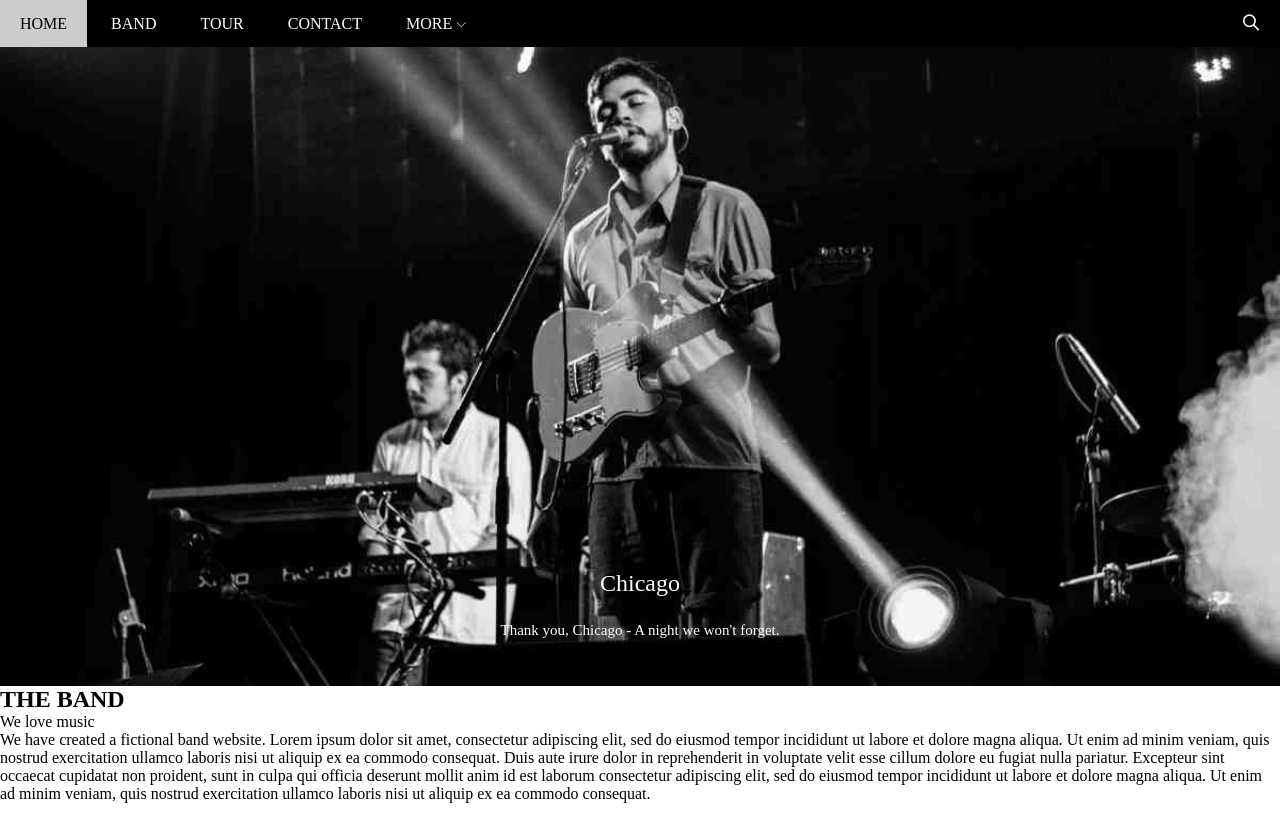
Repository: Dino0411/Dino0411.github.io
Page: index.html
The author's editor kept a copy of each file at every save. The page is drawn from the files as they stood at one save, then again after the next save.
The browser window is 1280 px wide. The pictures show the whole page.

Above is the page before, as saved 2021-10-04 11:38:11.

### index.html
<!DOCTYPE html>
<html lang="en">
<head>
    <meta charset="UTF-8">
    <meta http-equiv="X-UA-Compatible" content="IE=edge">
    <meta name="viewport" content="width=device-width, initial-scale=1.0">
    <link rel="stylesheet" href="./assets/css/style.css">
    <link rel="stylesheet" href="./assets/fonts/themify-icons/themify-icons.css">
    <title>Document</title>
</head>
<body>
    <div id="main">
        <!-- TODO:header -->
        <div id="header">
            <!-- TODO:begin nav -->
            <ul id="nav">
                <li><a href="">Home</a></li>
                <li><a href="">Band</a></li>
                <li><a href="">Tour</a></li>
                <li><a href="">Contact</a></li>
                <li>
                    <a href="">
                        More
                        <i class="nav-arrow-down ti-angle-down"></i>
                    </a>
                    <ul class="subnav">
                        <li><a href="">Merchandise</a></li>
                        <li><a href="">Extras</a></li>
                        <li><a href="">Media</a></li>
                    </ul>
                </li>
            </ul>
            <!-- TODO:end nav -->

            <!-- TODO:begin search -->
            <div class="search-bth">
                <i class="search-icon  ti-search"></i>
            </div>
            <!-- TODO:end search -->
        </div>
        <!-- TODO:slider -->
        <div id="slider">
            <div class="text-content">
                <h2 class="text-heading">Chicago</h2>
                <div class="text-description">Thank you, Chicago - A night we won't forget.</div>
            </div>
        </div>
        <!-- TODO:content -->
        <div id="content">
            <div class="content-session">
                <h2 class="session-heading">THE BAND</h2>
                <p class="session-sub-heading">We love music</p>
                <p class="about-text">We have created a fictional band website. Lorem ipsum dolor sit amet, consectetur adipiscing elit, sed do eiusmod tempor incididunt ut labore et dolore magna aliqua. Ut enim ad minim veniam, quis nostrud exercitation ullamco laboris nisi ut aliquip ex ea commodo consequat. Duis aute irure dolor in reprehenderit in voluptate velit esse cillum dolore eu fugiat nulla pariatur. Excepteur sint occaecat cupidatat non proident, sunt in culpa qui officia deserunt mollit anim id est laborum consectetur adipiscing elit, sed do eiusmod tempor incididunt ut labore et dolore magna aliqua. Ut enim ad minim veniam, quis nostrud exercitation ullamco laboris nisi ut aliquip ex ea commodo consequat.</p>
            </div>
            <div class="content-session"></div>
            <div class="content-session"></div>
        </div>
        <!-- TODO:footer -->
        <div id="footer">

        </div>
    </div>
</body>
</html>

### assets/css/style.css
/* ! reser css
    ! Emmet(p0;m0)
*/
* {
  margin: 0;
  padding: 0;
  box-sizing: border-box;
}

html {
  font-family: cursive;
}
/* TODO:start
TODO: từ ngoài vào trong
TODO: từ trên xuống dưới
TODO:tổng quan đến chi tiết
*/

/*
? vị trí
? kích thước(width,height)
? màu sắc
? kiểu dáng(kiểu chữ,...)
*/
#main {
}
#header {
  position: fixed;
  top: 0;
  left: 0;
  right: 0;
  height: 47px;
  background-color: #000;
  z-index: 2;
}
#nav {
  display: inline-block;
}
#nav,
.subnav {
  list-style: none;
}
#nav > li {
  display: inline-block;
  position: relative;
}
#nav > li > a {
  color: #fff;
  text-transform: uppercase;
}
#nav li a {
  text-decoration: none;
  padding: 0px 20px;
  line-height: 47px;
}
#nav li:hover .subnav {
  display: block;
}
#nav > li:hover > a,
#nav .subnav a:hover {
  color: #000;
  background-color: #ccc;
  display: block;
}
#nav .subnav {
  display: none;
  position: absolute;
  top: 100%;
  left: 0;
  min-width: 160px;
  background-color: #fff;
  box-shadow: rgba(100, 100, 111, 0.5) 0px 7px 29px 0px;
}
#nav .subnav a {
  color: #000;
  padding: 0 12px;
  line-height: 40px;
}
#nav .nav-arrow-down {
  font-size: 10px;
}
#header .search-bth {
  float: right;
  padding: 0 21px;
}
#header .search-bth:hover {
  background-color: #f44336;
}
#header .search-icon {
  color: #fff;
  font-size: 16px;
  line-height: 46px;
  font-weight: 1000;
}
#slider {
  position: relative;
  margin-top: 46px;
  padding-top: 50%;
  background: url("/assets/img/slider/slider1.jpg") top center / cover no-repeat;
}
#slider .text-content {
  position: absolute;
  color: #fff;
  bottom: 47px;
  width: 100%;
  text-align: center;
}
#slider .text-heading {
  font-weight: 500;
  font-size: 24px;
}
#slider .text-description {
  font-size: 15px;
  margin-top: 25px;
}
#content {
}
.session-content {
  width: 800px;
}
#footer {
}

Loaded but not shown: assets/fonts/themify-icons/themify-icons.css (common file)

After the next save:
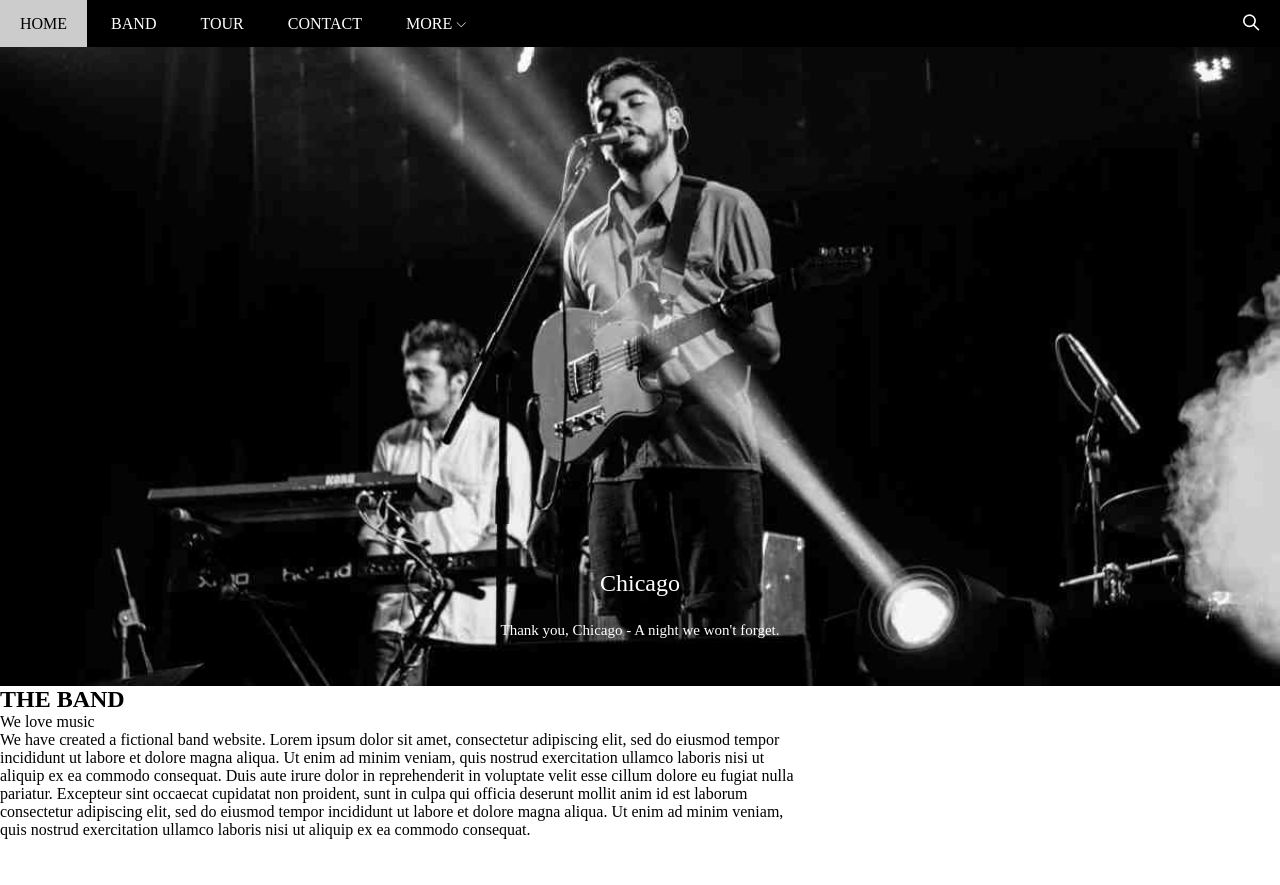
Saved 32 s later.
--- a/assets/css/style.css
+++ b/assets/css/style.css
@@ -115,7 +115,7 @@
 }
 #content {
 }
-.session-content {
+#content .content-session {
   width: 800px;
 }
 #footer {
